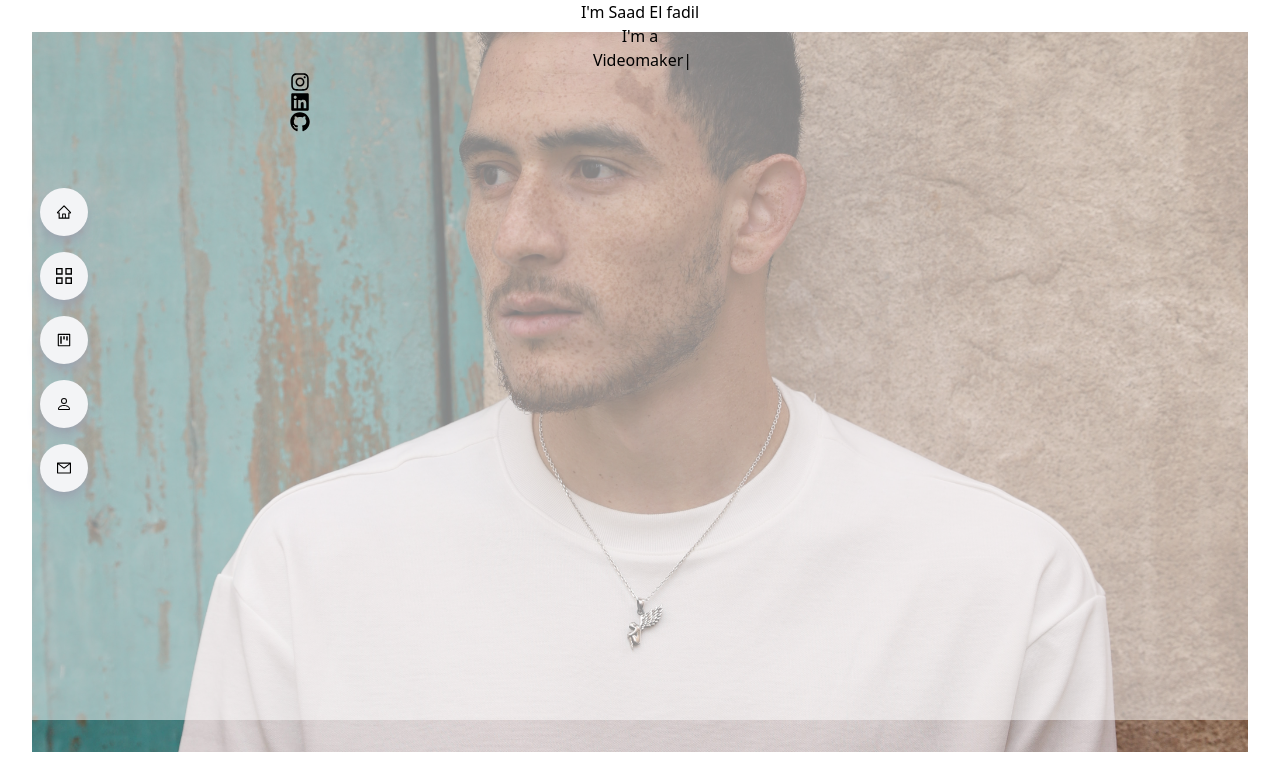
Repository: Saadelfadil/saadelfadil.github.io
Page: /
These files come from the project's save history. The page is drawn as it stood at one moment and after a run of saves; the edit follows.
The browser window is 1280 px wide. The pictures show the whole page.
The project was rebuilt for these pictures with package versions that can differ from the ones it lists, and the page was loaded fresh each time. Also part of the build but not shown: vite.config.js.

Above is the page before, as saved 2023-02-26 16:50:27.

### src/App.jsx
import './App.css'
import Sidenave from './components/Sidenave'
import Main from './components/Main'

function App() {

  return (
    <div>
      <Sidenave />
      <Main />
    </div>
  )
}

export default App

### src/components/Sidenave.jsx
import React, { useState } from "react";
import { AiOutlineHome, AiOutlineMail, AiOutlineMenu, AiOutlineProject } from "react-icons/ai"
import { GrProjects } from "react-icons/gr"
import { BsPerson } from "react-icons/bs"

const Sidenave = () => {
    const [nav, setNav] = useState(false)

    const handleNav = () => {
        setNav((prev) => prev = !nav);
    };

  return (
    <div>
        <AiOutlineMenu onClick={handleNav} className="absolute top-4 right-4 z-[100] md:hidden"/>
        {
            nav ? (
                <div className="fixed w-full h-screen bg-white/90 flex flex-col justify-center items-center z-20">
                    <a href="#main" className="w-[75%] flex justify-center rounded-full shadow-lg bg-gray-100 shadow-gray-400 m-2 p-4 cursor-pointer hover:scale-110 ease-in duration-200">
                        <AiOutlineHome size={20}/>
                        <span className="pl-4">Home</span>
                    </a>
                    <a href="#work" className="w-[75%] flex justify-center rounded-full shadow-lg bg-gray-100 shadow-gray-400 m-2 p-4 cursor-pointer hover:scale-110 ease-in duration-200">
                        <GrProjects size={20}/>
                        <span className="pl-4">Work</span>
                    </a>
                    <a href="#projects" className="w-[75%] flex justify-center rounded-full shadow-lg bg-gray-100 shadow-gray-400 m-2 p-4 cursor-pointer hover:scale-110 ease-in duration-200">
                        <AiOutlineProject size={20}/>
                        <span className="pl-4">Projects</span>
                    </a>
                    <a href="#main" className="w-[75%] flex justify-center rounded-full shadow-lg bg-gray-100 shadow-gray-400 m-2 p-4 cursor-pointer hover:scale-110 ease-in duration-200">
                        <BsPerson size={20}/>
                        <span className="pl-4">Resume</span>
                    </a>
                    <a href="#contact" className="w-[75%] flex justify-center rounded-full shadow-lg bg-gray-100 shadow-gray-400 m-2 p-4 cursor-pointer hover:scale-110 ease-in duration-200">
                        <AiOutlineMail size={20}/>
                        <span className="pl-4">Contact</span>
                    </a>
                </div>
            ) : ""
        }

        <div className="md:block hidden fixed top-[25%] z-10">
            <div className="flex flex-col">
                <a href="#main" className="rounded-full shadow-lg bg-gray-100 shadow-gray-400 m-2 p-4 cursor-pointer hover:scale-110 ease-in duration-300 ">
                    <AiOutlineHome />
                </a>
                <a href="#work" className="rounded-full shadow-lg bg-gray-100 shadow-gray-400 m-2 p-4 cursor-pointer hover:scale-110 ease-in duration-300 ">
                    <GrProjects />
                </a>
                <a href="#projects" className="rounded-full shadow-lg bg-gray-100 shadow-gray-400 m-2 p-4 cursor-pointer hover:scale-110 ease-in duration-300 ">
                    <AiOutlineProject />
                </a>
                <a href="#main" className="rounded-full shadow-lg bg-gray-100 shadow-gray-400 m-2 p-4 cursor-pointer hover:scale-110 ease-in duration-300 ">
                    <BsPerson />
                </a>
                <a href="#contact" className="rounded-full shadow-lg bg-gray-100 shadow-gray-400 m-2 p-4 cursor-pointer hover:scale-110 ease-in duration-300 ">
                    <AiOutlineMail />
                </a>
            </div>
        </div>
    </div>
  )
};

export default Sidenave;

### src/components/Main.jsx
import React from "react";
import { TypeAnimation } from "react-type-animation"
import { FaGithub, FaInstagram, FaLinkedin } from "react-icons/fa"

const Main = () => {
  return (
    <div id="main">
        <img className="w-full h-screen object-cover object-right " src="/src/assets/saadelfadil.jpg" alt="saadelfadil" />
        <div className="w-full h-screen absolute top-0 left-0 bg-white/50 ">
            <div className="max-w-[700px] m-auto h-full w-full ">
                <h1>I'm Saad El fadil</h1>
                <h2>I'm a
                    <TypeAnimation
                        sequence={[
                            'Software Engineer', // Types 'One'
                            1000, // Waits 1s
                            'Videomaker', // Deletes 'One' and types 'Two'
                            2000, // Waits 2s
                        ]}
                        wrapper="div"
                        cursor={true}
                        repeat={Infinity}
                        style={{ fontSize: '1em', paddingLeft: "5px" }}
                    />
                </h2>
                <div>
                        <FaInstagram size={20} className="cursor-pointer"/>
                        <FaLinkedin size={20} className="cursor-pointer"/>
                        <FaGithub size={20} className="cursor-pointer"/>
                </div>
            </div>
        </div>
    </div>
  )
};

export default Main;

Loaded but not shown: index.html (common file); src/main.jsx (common file); src/index.css (common file); src/App.css (common file); tailwind.config.cjs (common file)

After the next 7 saves:
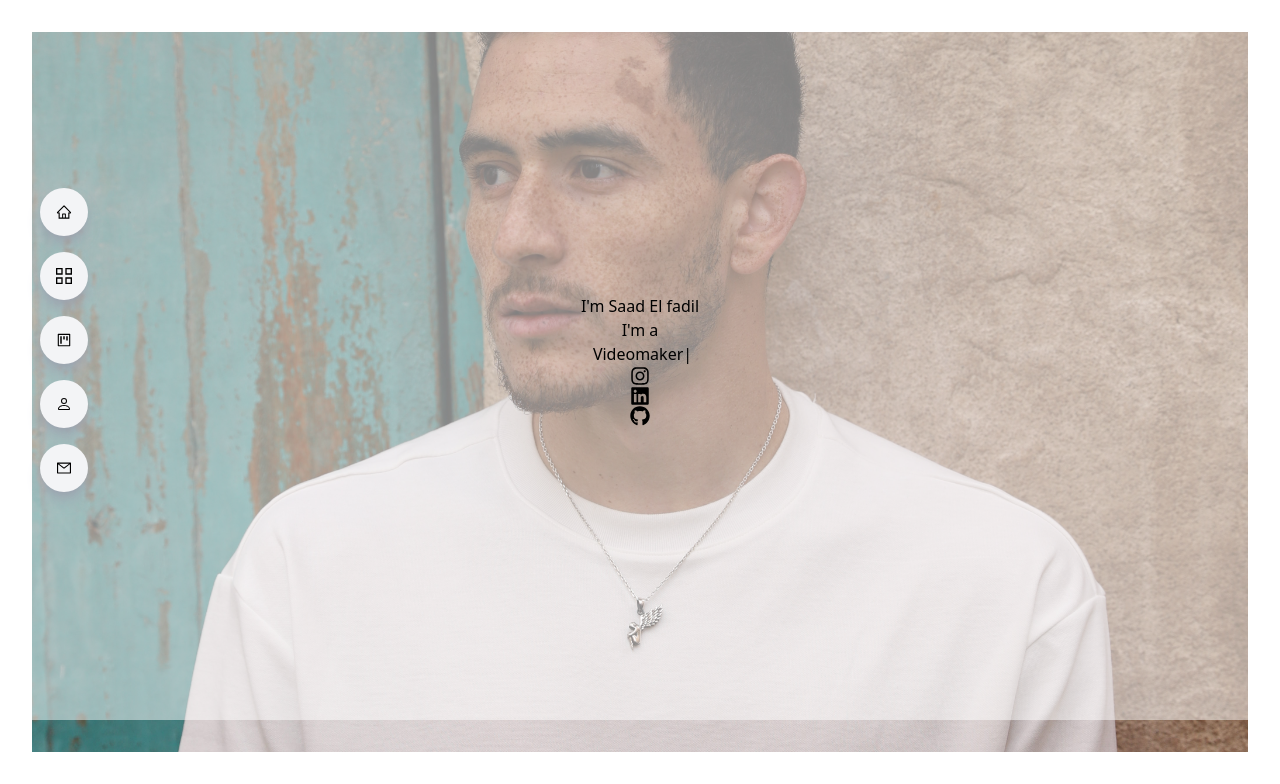
The 7 saves are shown as one change because they came seconds apart.
The last was saved 18 s later.
--- a/src/components/Main.jsx
+++ b/src/components/Main.jsx
@@ -7,7 +7,7 @@ const Main = () => {
     <div id="main">
         <img className="w-full h-screen object-cover object-right " src="/src/assets/saadelfadil.jpg" alt="saadelfadil" />
         <div className="w-full h-screen absolute top-0 left-0 bg-white/50 ">
-            <div className="max-w-[700px] m-auto h-full w-full ">
+            <div className="max-w-[700px] m-auto h-full w-full flex flex-col items-center justify-center ">
                 <h1>I'm Saad El fadil</h1>
                 <h2>I'm a
                     <TypeAnimation
